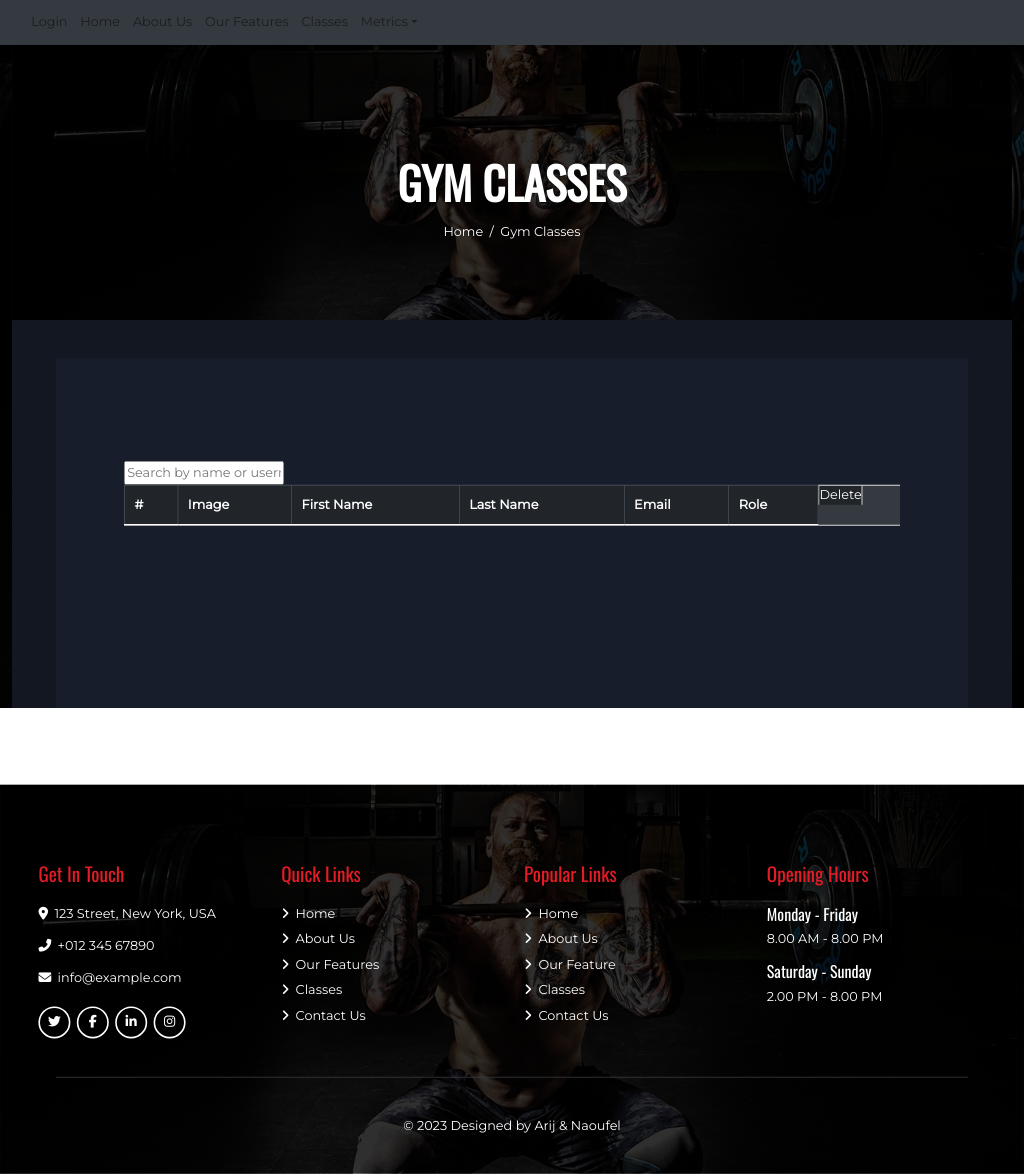
Repository: Arouja/frontgym
Page: /users
An editor plug-in stored every save of this project. The page is shown before and after the next save, followed by the edit.
The browser window is 1280 px wide. The pictures show the whole page, at 80% of full size.
The page's requests for data from a server got no answer. Some web libraries are served in a nearby version. The project was rebuilt for these pictures with package versions that can differ from the ones it lists, and the page was loaded fresh each time. No one was signed in, and anything a server would have sent is missing. Also part of the build but not shown: src/App.css, src/Components/about/About.jsx, src/Components/classes/Classes.jsx, src/Components/home/Home.jsx, src/Components/feature/Feature.jsx, src/Components/contact/Contact.jsx, src/Components/login/Login.jsx, src/Components/profile/profile.js and 7 more.

Above is the page before, as saved 2023-10-11 10:31:37.

### public/index.html
<!DOCTYPE html>
<html lang="en">
  <head>
    <meta charset="utf-8" />
    <link rel="icon" href="%PUBLIC_URL%/favicon.ico" />
    <meta name="viewport" content="width=device-width, initial-scale=1" />
    <meta name="theme-color" content="#000000" />
    <meta
      name="description"
      content="Web site created using create-react-app"
    />
    <link href="https://cdn.jsdelivr.net/npm/bootstrap@5.0.2/dist/css/bootstrap.min.css" rel="stylesheet">
    <link href="https://cdnjs.cloudflare.com/ajax/libs/font-awesome/5.13.0/css/all.min.css" rel="stylesheet">
    <link rel="apple-touch-icon" href="%PUBLIC_URL%/logo192.png" />
    <!--
      manifest.json provides metadata used when your web app is installed on a
      user's mobile device or desktop. See https://developers.google.com/web/fundamentals/web-app-manifest/
    -->
    <link rel="manifest" href="%PUBLIC_URL%/manifest.json" />
    <!--
      Notice the use of %PUBLIC_URL% in the tags above.
      It will be replaced with the URL of the `public` folder during the build.
      Only files inside the `public` folder can be referenced from the HTML.

      Unlike "/favicon.ico" or "favicon.ico", "%PUBLIC_URL%/favicon.ico" will
      work correctly both with client-side routing and a non-root public URL.
      Learn how to configure a non-root public URL by running `npm run build`.
    -->
    <title>React App</title>

     <!-- Favicon -->
     <link href="img/favicon.ico" rel="icon">

     <!-- Font Awesome -->
     <link href="https://cdnjs.cloudflare.com/ajax/libs/font-awesome/5.10.0/css/all.min.css" rel="stylesheet">

     <!-- Flaticon Font -->
     <link href="lib/flaticon/font/flaticon.css" rel="stylesheet">

     <!-- Customized Bootstrap Stylesheet -->
     <link href="css/style.min.css" rel="stylesheet">






  </head>


  <body>
    <noscript>You need to enable JavaScript to run this app.</noscript>
    <div id="root"></div>
    <!--
      This HTML file is a template.
      If you open it directly in the browser, you will see an empty page.

      You can add webfonts, meta tags, or analytics to this file.
      The build step will place the bundled scripts into the <body> tag.

      To begin the development, run `npm start` or `yarn start`.
      To create a production bundle, use `npm run build` or `yarn build`.
    -->

    <!-- JavaScript Libraries -->
    <script src="https://code.jquery.com/jquery-3.4.1.min.js"></script>
    <script src="https://stackpath.bootstrapcdn.com/bootstrap/4.4.1/js/bootstrap.bundle.min.js"></script>
    <script src="lib/easing/easing.min.js"></script>
    <script src="lib/waypoints/waypoints.min.js"></script>

    <!-- Contact Javascript File -->
    <script src="mail/jqBootstrapValidation.min.js"></script>
    <script src="mail/contact.js"></script>

    <!-- Template Javascript -->
    <script src="js/main.js"></script>
    <script src="https://cdn.jsdelivr.net/npm/@popperjs/core@2.9.2/dist/umd/popper.min.js"></script>
    <script src="https://cdn.jsdelivr.net/npm/bootstrap@5.0.2/dist/js/bootstrap.min.js"></script>
    <script src="https://cdn.jsdelivr.net/npm/bootstrap@5.0.2/dist/js/bootstrap.bundle.min.js"></script>
    <script src="https://use.fontawesome.com/f59bcd8580.js"></script>
    <script src="https://cdn.jsdelivr.net/npm/@popperjs/core@2.9.2/dist/umd/popper.min.js"></script>
    <script src="https://cdn.jsdelivr.net/npm/bootstrap@5.0.2/dist/js/bootstrap.min.js"></script>
    <script src="https://cdn.jsdelivr.net/npm/bootstrap@5.0.2/dist/js/bootstrap.bundle.min.js"></script>

  </body>


</html>

### src/index.js
import React from 'react';
import ReactDOM from 'react-dom';
import { Provider } from 'react-redux';
import store from './store';
import App from './App';

ReactDOM.render(
  <Provider store={store}>
    <App />
  </Provider>,
  document.getElementById('root')
);

### src/store.js
import { createStore, applyMiddleware, combineReducers } from 'redux';
import thunk from 'redux-thunk';
import authReducer from './reducers/authReducer';

const rootReducer = combineReducers({
  auth: authReducer,
});

const store = createStore(rootReducer, applyMiddleware(thunk));

export default store;

### src/reducers/authReducer.js
import { LOGIN_SUCCESS, LOGOUT_SUCCESS, REGISTER_SUCCESS } from '../actions/types';

const initialState = {
  token: localStorage.getItem('token'),
};

const authReducer = (state = initialState, action) => {
  switch (action.type) {
    case LOGIN_SUCCESS:
    case REGISTER_SUCCESS:
      localStorage.setItem('token', action.payload);
      return {
        ...state,
        token: action.payload,
      };
    case LOGOUT_SUCCESS:
      localStorage.removeItem('token');
      return {
        ...state,
        token: null,
      };
    default:
      return state;
  }
};

export default authReducer;

### src/users/users.js
import React, { useState, useEffect } from 'react';
import axios from 'axios';
import CustomNavbar from "../Components/navbar/CustomNavbar";

import { BrowserRouter as Router, Route, Link, Routes} from "react-router-dom";
import Table from 'react-bootstrap/Table';

import Footer from "../Components/footer/footer";

import {
  MDBContainer,

} from 'mdb-react-ui-kit';

const Users = () => {
    const [users, setUsers] = useState([]);
  const [searchTerm, setSearchTerm] = useState('');



    useEffect(() => {
        fetch('http://localhost:8089/api/v1/users/all-users')
          .then(response => response.json())
          .then(data => setUsers(data))
          .catch(error => console.error('Error fetching data:', error));
      }, []);

      const filteredUsers = users.filter(user =>
        user.firstName.toLowerCase().includes(searchTerm.toLowerCase()) ||
        user.lastName.toLowerCase().includes(searchTerm.toLowerCase()) ||
        user.username.toLowerCase().includes(searchTerm.toLowerCase()) ||
        user.role.toLowerCase().includes(searchTerm.toLowerCase())
      );



  if (!users) {
    return <div>Loading...</div>;
  }

  return (
    <>

    <div style={{ display: 'flex' }}>

      <CustomNavbar profilePath={users && users.path} />
      <div className="container-fluid page-header mb-5">



      <section style= {{ backgroundColor: 'rgba(19,23,34,255)' }} >
      {/* Page Header Start */}

  <div className="container-fluid page-header mb-5">
    <div
      className="d-flex flex-column align-items-center justify-content-center pt-0 pt-lg-5"
      style={{ minHeight: 400 }}
    >
      <h4 className="display-4 mb-3 mt-0 mt-lg-5 text-white text-uppercase font-weight-bold">
        Gym Classes
      </h4>
      <div className="d-inline-flex">
        <p className="m-0 text-white">
          {/* <a className="text-white" href="">
            Home
          </a> */}
          <Link className="text-white" to="/">Home</Link>
        </p>
        <p className="m-0 text-white px-2">/</p>
        <p className="m-0 text-white">Gym Classes</p>
      </div>
    </div>
  </div>
  {/* Page Header End */}





        <MDBContainer className="py-4" style={{ backgroundColor: 'rgba(24,29,43,255)'}} >

 {/* BMI Calculation Start */}
 <div className="container-fluid position-relative bmi mt-5" style={{ marginBottom: 90 }}>

    <div className="container">
      <div className="row px-3 align-items-center">


      <div className="container-fluid position-relative bmi mt-5" style={{ marginBottom: 90 }}>
            <div className="container">
              <div className="row px-3 align-items-center">
                {/* Your table goes here */}
                <div className="p-2">
                  <input
                    type="text"
                    value={searchTerm}
                    onChange={(e) => setSearchTerm(e.target.value)}
                    placeholder="Search by name or username"
                  />
                  <Table Table striped bordered hover variant="dark">
                    <thead>
                      <tr>
                        <th>#</th>
                        <th>Image</th>
                        <th>First Name</th>
                        <th>Last Name</th>
                        <th>Email</th>
                        <th>Role</th>
                        <tr>Delete</tr>
                      </tr>
                    </thead>
                    <tbody>
                      {filteredUsers.map((user, index) => (
                        <tr key={user.id}>
                          <td>{index + 1}</td>
                          <td>
                            <img
                              src={require('../images/' + user.path)}
                              alt="Profile"
                              className="rounded-circle"
                              style={{
                                width: "40px",
                                height: "40px",
                                margin: "relative",
                              }}
                            />
                          </td>
                          <td>{user.firstName}</td>
                          <td>{user.lastName}</td>
                          <td>{user.username}</td>
                          <td>{user.role}</td>
                        </tr>
                      ))}
                    </tbody>
                  </Table>
                </div>
              </div>
            </div>
          </div>



      </div>
    </div>
   </div>



   {/* BMI Calculation End */}
        </MDBContainer>

      </section>



     </div>
     </div>
      <Footer />
    </>
  );
};

export default Users;

### src/actions/types.js
export const LOGIN_SUCCESS = 'LOGIN_SUCCESS';
export const LOGOUT_SUCCESS = 'LOGOUT_SUCCESS';
export const REGISTER_SUCCESS = 'REGISTER_SUCCESS';

### src/Components/navbar/CustomNavbar.jsx
import React, { useState, useEffect } from 'react';
import Button from 'react-bootstrap/Button';
import Container from 'react-bootstrap/Container';
import Form from 'react-bootstrap/Form';
import Nav from 'react-bootstrap/Nav';
import Navbar from 'react-bootstrap/Navbar';
import NavDropdown from 'react-bootstrap/NavDropdown';
import { Link, useNavigate } from 'react-router-dom';
import { logout } from '../../actions/authActions';
import axios from 'axios';

const CustomNavbar = () => {
  const [isDropdownOpen, setIsDropdownOpen] = useState(false);
  const [profile, setProfile] = useState(null);
  const token = localStorage.getItem('token');
  const navigate = useNavigate();

  useEffect(() => {
    const fetchProfile = async () => {
      try {
        const response = await axios.get(`http://localhost:8089/api/v1/users/getuserbytoken/${token}`);
        setProfile(response.data);
      } catch (error) {
        console.error('Error fetching profile:', error);
      }
    };

    if (token) {
      fetchProfile();
    }
  }, [token]);

  const toggleDropdown = () => {
    setIsDropdownOpen(!isDropdownOpen);
  };

  const handleLogout = async () => {
    try {
      await logout();
      localStorage.removeItem('token');
      navigate('/login');
    } catch (error) {
      console.error('Error logging out:', error.response.data);
    }
  };

  return (
    <Navbar expand="lg" className="bg-dark text-white fixed-top">
      <Container fluid>
        <Navbar.Toggle aria-controls="navbarScroll" />
        <Navbar.Collapse id="navbarScroll">
          <Nav className="me-auto my-2 my-lg-0" style={{ maxHeight: '100px' }} navbarScroll>
            {!token && <Nav.Link as={Link} to="/login" className="nav-link">Login</Nav.Link>}
            <Nav.Link as={Link} to="/" className="nav-link">Home</Nav.Link>
            <Nav.Link as={Link} to="/about" className="nav-link">About Us</Nav.Link>
            <Nav.Link as={Link} to="/feature" className="nav-link">Our Features</Nav.Link>
            <Nav.Link as={Link} to="/classes" className="nav-link">Classes</Nav.Link>
            {token && profile?.role ==='ADMIN' && <Nav.Link as={Link} to="/users" className="nav-link">Users</Nav.Link>}
            <NavDropdown title="Metrics" id="navbarScrollingDropdown">
            <NavDropdown.Item href="/metrics">Metrics</NavDropdown.Item>
              <NavDropdown.Item href="/bmi">BMI</NavDropdown.Item>
              <NavDropdown.Item href="/lbm">LBM</NavDropdown.Item>
              <NavDropdown.Item href="/orm">ORM</NavDropdown.Item>
              <NavDropdown.Divider />
              <NavDropdown.Item href="#action5"></NavDropdown.Item>
            </NavDropdown>

          </Nav>

          {token && (
            <div className="nav-item dropdown">
              <button
                className="nav-link btn btn-link"
                data-toggle="dropdown"
                aria-haspopup="true"
                aria-expanded="false"
                onClick={toggleDropdown}
              >
                {profile && (
                  <img
                    src={require('../../images/' + profile.path)}
                    alt="Profile"
                    className="rounded-circle"
                    style={{
                      width: "40px",
                      height: "40px",
                      margin: "relative",
                    }}
                  />
                )}
              </button>
              {profile && (
                <div className="dropdown-menu dropdown-menu-right text-capitalize">
                  <Link to="/profile" className="dropdown-item">
                    Profile
                  </Link>
                  <Link to="/account" className="dropdown-item">
                    Account
                  </Link>
                  <Link to="/settings" className="dropdown-item">
                    Settings
                  </Link>
                  <button className="dropdown-item" onClick={handleLogout}>Logout</button>
                </div>
              )}
            </div>
          )}
        </Navbar.Collapse>
      </Container>
    </Navbar>
  );
};

export default CustomNavbar;

### src/Components/footer/footer.jsx
import React from 'react';
import { Link } from 'react-router-dom'; // Import the Link component from React Router

const Footer = () => {
  return (
    <>
      {/* Footer Start */}
      <div className="footer container-fluid mt-5 py-5 px-sm-3 px-md-5 text-white">
        <div className="row pt-5">
          <div className="col-lg-3 col-md-6 mb-5">
            <h4 className="text-primary mb-4">Get In Touch</h4>
            <p>
              <i className="fa fa-map-marker-alt mr-2" />
              123 Street, New York, USA
            </p>
            <p>
              <i className="fa fa-phone-alt mr-2" />
              +012 345 67890
            </p>
            <p>
              <i className="fa fa-envelope mr-2" />
              info@example.com
            </p>
            <div className="d-flex justify-content-start mt-4">
              <Link
                to="#"
                className="btn btn-outline-light rounded-circle text-center mr-2 px-0"
                style={{ width: 40, height: 40 }}
              >
                <i className="fab fa-twitter" />
              </Link>
              <Link
                to="#"
                className="btn btn-outline-light rounded-circle text-center mr-2 px-0"
                style={{ width: 40, height: 40 }}
              >
                <i className="fab fa-facebook-f" />
              </Link>
              <Link
                to="#"
                className="btn btn-outline-light rounded-circle text-center mr-2 px-0"
                style={{ width: 40, height: 40 }}
              >
                <i className="fab fa-linkedin-in" />
              </Link>
              <Link
                to="#"
                className="btn btn-outline-light rounded-circle text-center mr-2 px-0"
                style={{ width: 40, height: 40 }}
              >
                <i className="fab fa-instagram" />
              </Link>
            </div>
          </div>
          <div className="col-lg-3 col-md-6 mb-5">
    <h4 className="text-primary mb-4">Quick Links</h4>
    <div className="d-flex flex-column justify-content-start">

      {/* <a className="text-white mb-2" href="#">
        <i className="fa fa-angle-right mr-2" />
        Home
      </a> */}
      <Link className="text-white mb-2" to="/">
      <i className="fa fa-angle-right mr-2" />
        Home</Link>

      {/* <a className="text-white mb-2" href="#">
        <i className="fa fa-angle-right mr-2" />
        About Us
      </a> */}
      <Link className="text-white mb-2" to="/about">
      <i className="fa fa-angle-right mr-2" />
        About Us</Link>

      {/* <a className="text-white mb-2" href="#">
        <i className="fa fa-angle-right mr-2" />
        Our Features
      </a> */}
      <Link className="text-white mb-2" to="/feature">
      <i className="fa fa-angle-right mr-2" />
        Our Features</Link>

      {/* <a className="text-white mb-2" href="#">
        <i className="fa fa-angle-right mr-2" />
        Classes
      </a> */}
      <Link className="text-white mb-2" to="/classes">
      <i className="fa fa-angle-right mr-2" />
        Classes</Link>

      {/* <a className="text-white" href="#">
        <i className="fa fa-angle-right mr-2" />
        Contact Us
      </a> */}
      <Link className="text-white" to="/contact">
      <i className="fa fa-angle-right mr-2" />
        Contact Us</Link>
    </div>
  </div>
  <div className="col-lg-3 col-md-6 mb-5">
    <h4 className="text-primary mb-4">Popular Links</h4>
    <div className="d-flex flex-column justify-content-start">
      {/* <a className="text-white mb-2" href="#">
        <i className="fa fa-angle-right mr-2" />
        Home
      </a> */}
      <Link className="text-white mb-2" to="/">
      <i className="fa fa-angle-right mr-2" />
        Home</Link>

      {/* <a className="text-white mb-2" href="#">
        <i className="fa fa-angle-right mr-2" />
        About Us
      </a> */}
      <Link className="text-white mb-2" to="/about">
      <i className="fa fa-angle-right mr-2" />
        About Us</Link>

      {/* <a className="text-white mb-2" href="#">
        <i className="fa fa-angle-right mr-2" />
        Our Features
      </a> */}
      <Link className="text-white mb-2" to="/feature">
      <i className="fa fa-angle-right mr-2" />
        Our Feature</Link>

      {/* <a className="text-white mb-2" href="#">
        <i className="fa fa-angle-right mr-2" />
        Classes
      </a> */}
      <Link className="text-white mb-2" to="/classes">
      <i className="fa fa-angle-right mr-2" />
        Classes</Link>

      {/* <a className="text-white" href="#">
        <i className="fa fa-angle-right mr-2" />
        Contact Us
      </a> */}
      <Link className="text-white" to="/contact">
      <i className="fa fa-angle-right mr-2" />
        Contact Us</Link>
    </div>
  </div>
          <div className="col-lg-3 col-md-6 mb-5">
            <h4 className="text-primary mb-4">Opening Hours</h4>
            <h5 className="text-white">Monday - Friday</h5>
            <p>8.00 AM - 8.00 PM</p>
            <h5 className="text-white">Saturday - Sunday</h5>
            <p>2.00 PM - 8.00 PM</p>
          </div>
        </div>
        <div className="container border-top border-dark pt-5">
          <p className="m-0 text-center text-white">
            ©{' '}
            {/* <Link to="#" className="text-white font-weight-bold">
              Your Site Name
            </Link> */}
            2023 Designed by Arij & Naoufel{' '}
            {/* <Link to="https://htmlcodex.com" className="text-white font-weight-bold">
              HTML Codex
            </Link> */}
          </p>
        </div>
      </div>
      {/* Footer End */}
    </>
  )
};

export default Footer;

### src/actions/authActions.js
import axios from 'axios';
import { LOGIN_SUCCESS, LOGOUT_SUCCESS, REGISTER_SUCCESS } from './types';

export const login = (email, password) => async (dispatch) => {
  try {
    const response = await axios.post('http://localhost:8089/api/v1/auth/signin', { email, password });
    dispatch({ type: LOGIN_SUCCESS, payload: response.data.token });
    localStorage.setItem('token', response.data.token);
  } catch (error) {
    console.error('Error logging in:', error);
  }
};

export const logout = () => async (dispatch) => {
    try {
      // Make a request to your server to handle the logout operation
      await axios.post('http://localhost:8089/api/v1/auth/logout');

      // Dispatch LOGOUT_SUCCESS upon successful logout
      dispatch({ type: LOGOUT_SUCCESS });
    } catch (error) {
      console.error('Error logging out:', error);
    }
};

export const register = (firstName, lastName, email, password, role) => async (dispatch) => {
  try {
    const response = await axios.post('http://localhost:8089/api/v1/auth/register', { firstName, lastName, email, password, role });
    dispatch({ type: REGISTER_SUCCESS, payload: response.data.token });
  } catch (error) {
    console.error('Error registering:', error);
  }
};

### public/js/main.js
(function ($) {
    "use strict";

    // Dropdown on mouse hover
    $(document).ready(function () {
        function toggleNavbarMethod() {
            if ($(window).width() > 992) {
                $('.navbar .dropdown').on('mouseover', function () {
                    $('.dropdown-toggle', this).trigger('click');
                }).on('mouseout', function () {
                    $('.dropdown-toggle', this).trigger('click').blur();
                });
            } else {
                $('.navbar .dropdown').off('mouseover').off('mouseout');
            }
        }
        toggleNavbarMethod();
        $(window).resize(toggleNavbarMethod);
    });


    // Back to top button
    $(window).scroll(function () {
        if ($(this).scrollTop() > 100) {
            $('.back-to-top').fadeIn('slow');
        } else {
            $('.back-to-top').fadeOut('slow');
        }
    });
    $('.back-to-top').click(function () {
        $('html, body').animate({scrollTop: 0}, 1500, 'easeInOutExpo');
        return false;
    });
})(jQuery);

Loaded but not shown: public/lib/flaticon/font/flaticon.css (common file); public/css/style.min.css (library); public/lib/easing/easing.min.js (common file); public/lib/waypoints/waypoints.min.js (library); public/mail/jqBootstrapValidation.min.js (library); public/mail/contact.js (65 lines, source omitted); src/App.js (49 lines, source omitted)

After the next save:
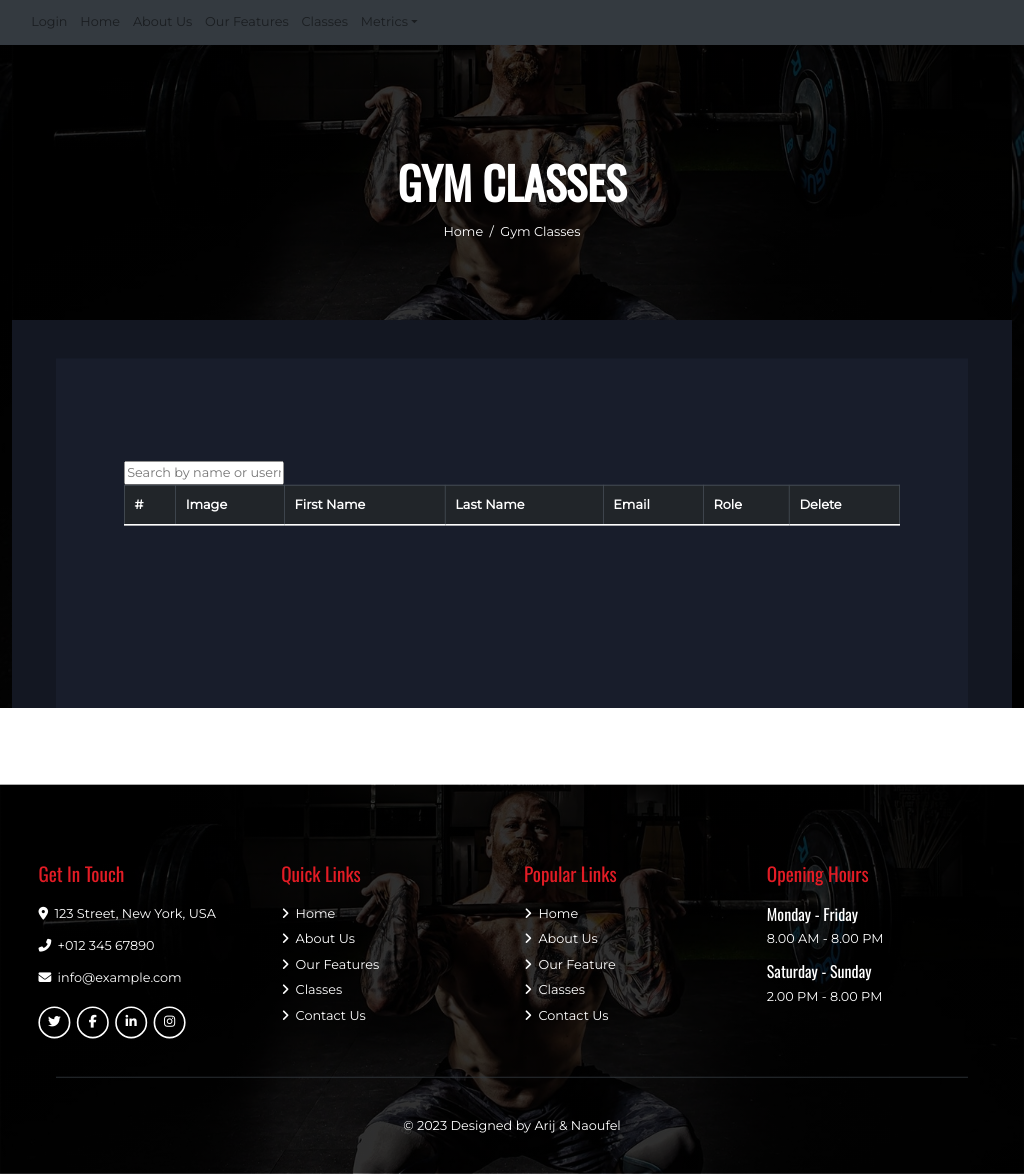
Saved 10 s later.
--- a/src/users/users.js
+++ b/src/users/users.js
@@ -106,7 +106,7 @@ const Users = () => {
                         <th>Last Name</th>
                         <th>Email</th>
                         <th>Role</th>
-                        <tr>Delete</tr>
+                        <th>Delete</th>
                       </tr>
                     </thead>
                     <tbody>
